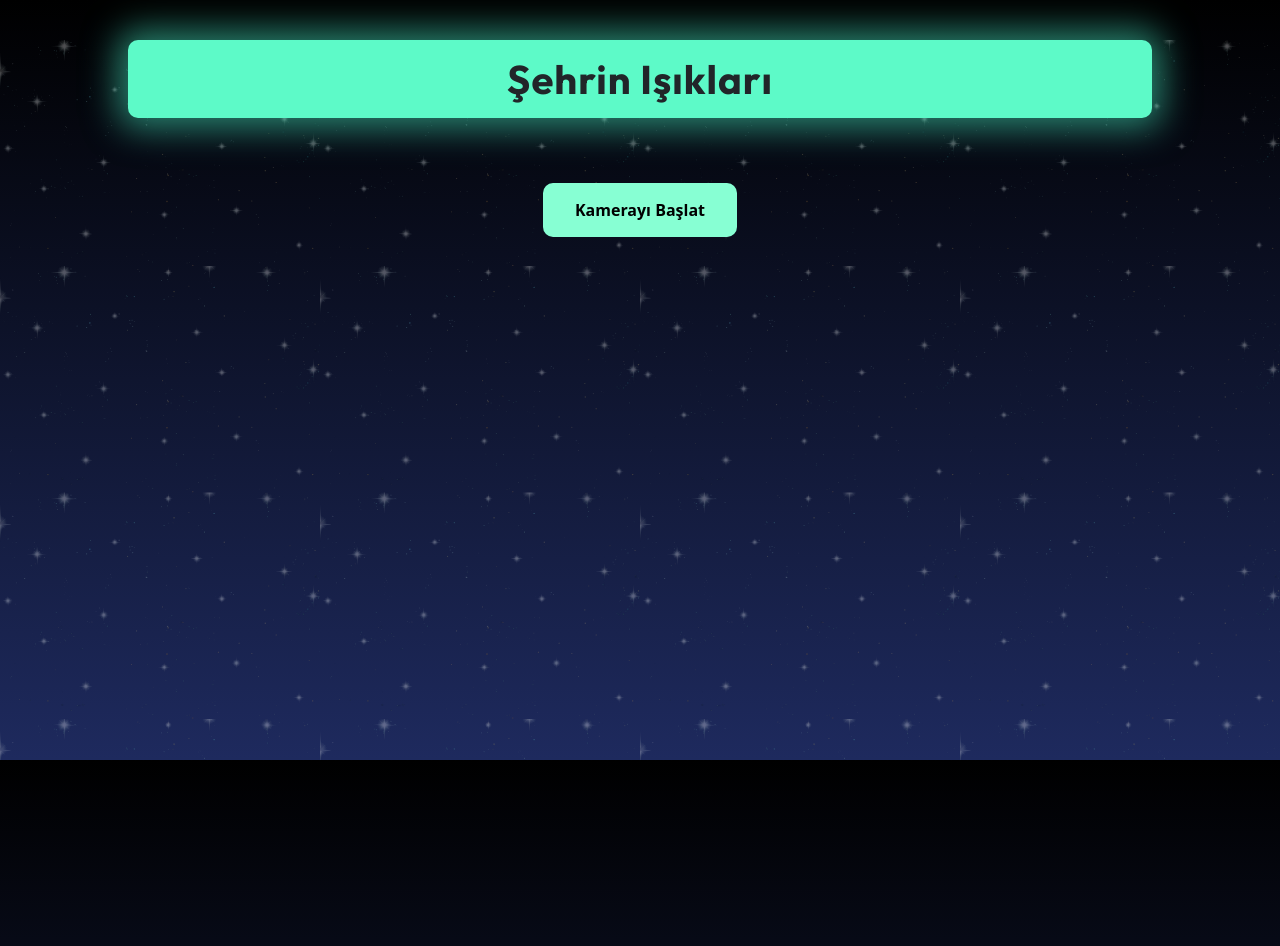
Repository: BiranOrundas/CameraQR
Page: index.html
An editor plug-in stored every save of this project. The page is shown before and after the next save, followed by the edit.
The browser window is 1280 px wide. The pictures show the whole page.

Above is the page before, as saved 2024-08-29 15:45:12.

### index.html
<!DOCTYPE html>
<html lang="tr">
<head>
    <meta charset="UTF-8">
    <title>Şehrin Işıkları</title>
<link rel="stylesheet" href="style.css">
<link href="https://cdn.jsdelivr.net/npm/bootstrap@5.3.3/dist/css/bootstrap.min.css" rel="stylesheet" integrity="sha384-QWTKZyjpPEjISv5WaRU9OFeRpok6YctnYmDr5pNlyT2bRjXh0JMhjY6hW+ALEwIH" crossorigin="anonymous">
</head>
<body class="mx-auto">
    <div id="stars">

    </div>
    <div class="header">
        <h1 class="outfit">Şehrin Işıkları</h1>
    </div>
    <div style="align-items: center; justify-content: center; text-align: center;">
    <button class="button" id="start-camera">Kamerayı Başlat</button>
</div>
    <video id="camera" autoplay playsinline></video>
    <div style="align-items: center; justify-content: center; text-align: center;">
    <button class="button" id="take-photo" >Fotoğraf Çek</button>
    </div>
    <canvas id="canvas" ></canvas>
    <div class="row mx-auto align-items-center">
          <div class="col-12 col-md-8">
    <img id="photo"  alt="Çekilen Fotoğraf">
        </div>
    <div class="col-12 col-md-4 mx-auto justify-content-center ">
        <h1 id="qrinfo">Fotografınızı QR kodu okutarak indirebilirsiniz.</h1>
    <div class="text-center mx-auto" id="qrcode"></div>
    </div>
    </div>
    <div id="qrdiv" class="mt-5 py-5" style="align-items: center; justify-content: center; text-align: center;">
    <button id="download-qr" class="button" style="display: none;">QR Kodunu İndir</button>
    <button id="try-again" class="button" style="display: none;">Yeniden Çek</button>
    </div>



    <script src="qrious.js"></script>
    <script src="script.js"></script>
</body>
</html>

### style.css
@import url('https://fonts.googleapis.com/css2?family=Outfit:wght@100..900&display=swap');



.outfit {
  font-family: "Outfit", sans-serif;
  font-optical-sizing: auto;
  font-weight: 700;
  font-style: normal;
}

#stars{
  position: absolute;
  background-image: url(stars.png);
  height: 100vh;
  width: 100vw;
  margin-left: -10%;
  object-fit: cover;
  z-index: -1;
  opacity: 0.3;
  background-repeat: repeat;
  background-size: 25%;
}

body{
    margin-left:auto ;
    margin-right:auto ;
    align-items: center;
    justify-content: center;
    max-width: 80vw !important;
    height: 100vh !important;
    /* background-image: repeating-linear-gradient(to bottom, #1E2A5E 10%, #38444d 5% ) !important; */
    background-image: linear-gradient(to bottom, rgba(0,0,0,1), rgba(30,42,94,1));
}

#camera {
    display: grid;
    visibility: hidden;
    justify-content: center;
    margin: auto;
    width: 100%;
    max-width: 1400px;
    height: 75vh;
    object-fit: cover;
    border-radius: 10px;
    box-shadow: #ffffffda 0px 0px 65px 10px;
    border: #fff 1px solid;
    border-style: dotted;
}

#photo {
    border:rgb(93, 250, 200) 1px solid;
    display: none;
    width: 50vw;
    height: 60vh;
    margin-top: 10px;
    justify-content: center;
    border-radius: 15px;
    object-fit: cover;
    box-shadow: rgba(242, 242, 242, 0.53) 0px 0px 35px 10px;
}

#qrcode {
   width: 20vw;
   height: auto;
}

#take-photo{
display: none;
}
#canvas{
display: none ;
}

.button {
    background-color: #87ffd3; /* Green */
    border: none;
    color: #000000;
    padding: 15px 32px;
    text-align: center;
    text-decoration: none;
    font-weight: 700;
    display: inline-block;
    font-size: 16px;
    border-radius: 10px;
    transition: 0.5s;
    justify-content: center;
    align-items: center;
    margin: 25px;


  }

  .button:hover{
    background-color: #005e3c; /* Green */
    cursor: pointer;
    color: #fff;
    box-shadow: #ffffff 0px 0px 15px 5px;
    transition: 0.5s;
    border: #fff 1px solid;
  }

  h1{
    justify-content: center;
    text-align: center;
    font-size: 2.5rem;
    color: rgb(255, 255, 255);
    letter-spacing: 1px;
    padding: 15px 10px;
  }

  .header{
    background-color: rgb(93, 250, 200);
    border-radius: 10px;
    width: 80vw;
    justify-content: center;
    align-items: center;
    text-align: center;
    flex-wrap: initial;
    margin-left: auto;
    margin-right: auto;
    margin-top: 40px;
    margin-bottom: 40px;
    box-shadow: rgba(74, 246, 203, 0.53) 0px 0px 35px 10px;


  }

  #qrinfo{
    color: #fff;
    text-shadow: #fff 0px 0px 15px;
    font-size: 2.5rem;
    margin-bottom: 40px;
    display: none;
  }

  @media only screen and (max-width: 680px){

    #camera {
        display: grid;
        visibility: hidden;
        justify-content: center;
        margin: auto;
        height: 60vh;
        object-fit: cover;
        border-radius: 10px;
        box-shadow: #55555588 2px 10px 35px 1px;
    }

    #photo {
        border:rgb(93, 250, 200) 1px solid;
        display: none;
        width: 75vw;
        height: 50vh;
        margin-top: 10px;
        justify-content: center;
        border-radius: 15px;
        object-fit: cover;
        box-shadow: rgba(242, 242, 242, 0.53) 0px 0px 35px 10px;
    }

    #qrcode {
        width: 50vw;
        height: auto;
     }

     #qrinfo{
        color: #fff;
        text-shadow: #fff 0px 0px 15px;
        font-size: 1.8rem;
        margin-bottom: 40px;
        margin-top: 40px;
        display: none;
      }

  }

### script.js
document.getElementById('start-camera').addEventListener('click', async function () {

    const cam = document.getElementById('start-camera');
    const video = document.getElementById('camera');
    const takePhotoButton = document.getElementById('take-photo');
    const stream = await navigator.mediaDevices.getUserMedia({ video: true });
    video.srcObject = stream;
    video.style.display = 'block';
    video.style.visibility = 'visible';
    cam.style.display = 'none';
    takePhotoButton.style.display = 'inline';
});
document.getElementById('start-camera').addEventListener('touchstart', async function () {
    const video = document.getElementById('camera');
    const takePhotoButton = document.getElementById('take-photo');
    const stream = await navigator.mediaDevices.getUserMedia({ video: true });
    video.srcObject = stream;
    video.style.display = 'block';
    video.style.visibility = 'visible';
    takePhotoButton.style.display = 'inline';
});



document.getElementById('take-photo').addEventListener('click', function () {
    const takePhoto = document.getElementById('take-photo');
    const again = document.getElementById('try-again');
    const canvas = document.getElementById('canvas');
    const video = document.getElementById('camera');
    const photo = document.getElementById('photo');
    const qrCodeDiv = document.getElementById('qrcode');
    const downloadButton = document.getElementById('download-qr');
    const qrinfo = document.getElementById('qrinfo');

    canvas.width = video.videoWidth;
    canvas.height = video.videoHeight;
    canvas.getContext('2d').drawImage(video, 0, 0);

    // Fotoğrafı göster
    const photoData = canvas.toDataURL('image/png');
    photo.src = photoData;

    // Fotoğrafı sunucuya yükle
    fetch('upload.php', {
        method: 'POST',
        headers: {
            'Content-Type': 'application/x-www-form-urlencoded'
        },
        body: 'photo=' + encodeURIComponent(photoData)
    })
    .then(response => response.text()) // JSON yerine text olarak yanıtı alın
    .then(text => {
        console.log("Gelen yanıt:", text); // Konsola dönen yanıtı yazdır
        try {
            const data = JSON.parse(text); // Yanıtı JSON'a çevir
            if (data.url) {
                // Fotoğrafın URL'sini kullanarak QR kodu oluştur
                const qr = new QRious({
                    value: window.location.origin + '/' + data.url,
                    size: 250
                });
                qrCodeDiv.innerHTML = ''; // QR kod div'ini temizle
                qrCodeDiv.appendChild(qr.canvas); // QR kodunu ekle
                downloadButton.style.display = 'inline'; // İndir butonunu göster
                again.style.display = 'inline'; // İndir butonunu göster

                // QR kodunu indir
                downloadButton.onclick = function () {
                    const link = document.createElement('a');
                    link.href = qr.toDataURL('image/png');
                    link.download = 'qr-code.png';
                    link.click();
                };
            } else {
                alert("Fotoğraf yüklenemedi. Hata: " + data.error);
            }
        } catch (error) {
            console.error("JSON çözümleme hatası:", error); // JSON hatasını göster
        }
    })
    .catch(error => {
        console.error("Fetch hatası:", error);
    });
    takePhoto.style.display = "none"
    photo.style.display = "block";
    video.style.display = "none";
    qrinfo.style.display = "block"

    document.getElementById('try-again').addEventListener('click', async function () {
        const video = document.getElementById('camera');
        const takePhotoButton = document.getElementById('take-photo');
        const stream = await navigator.mediaDevices.getUserMedia({ video: true });
        video.srcObject = stream;
        video.style.display = 'block';
        video.style.visibility = 'visible';
        takePhotoButton.style.display = 'inline';

        if(photo.style.display == "block"){
            photo.style.display = "none"
            downloadButton.style.display = 'none'; // İndir butonunu göster
            again.style.display = 'none'; // İndir butonunu göster
            qrinfo.style.display = "none"
            qrCodeDiv.innerHTML = '';

        } else{
            console.log("fotograf belleği temizlendi.")
        }

    });
});

Loaded but not shown: qrious.js (606 lines, source omitted)

After the next save:
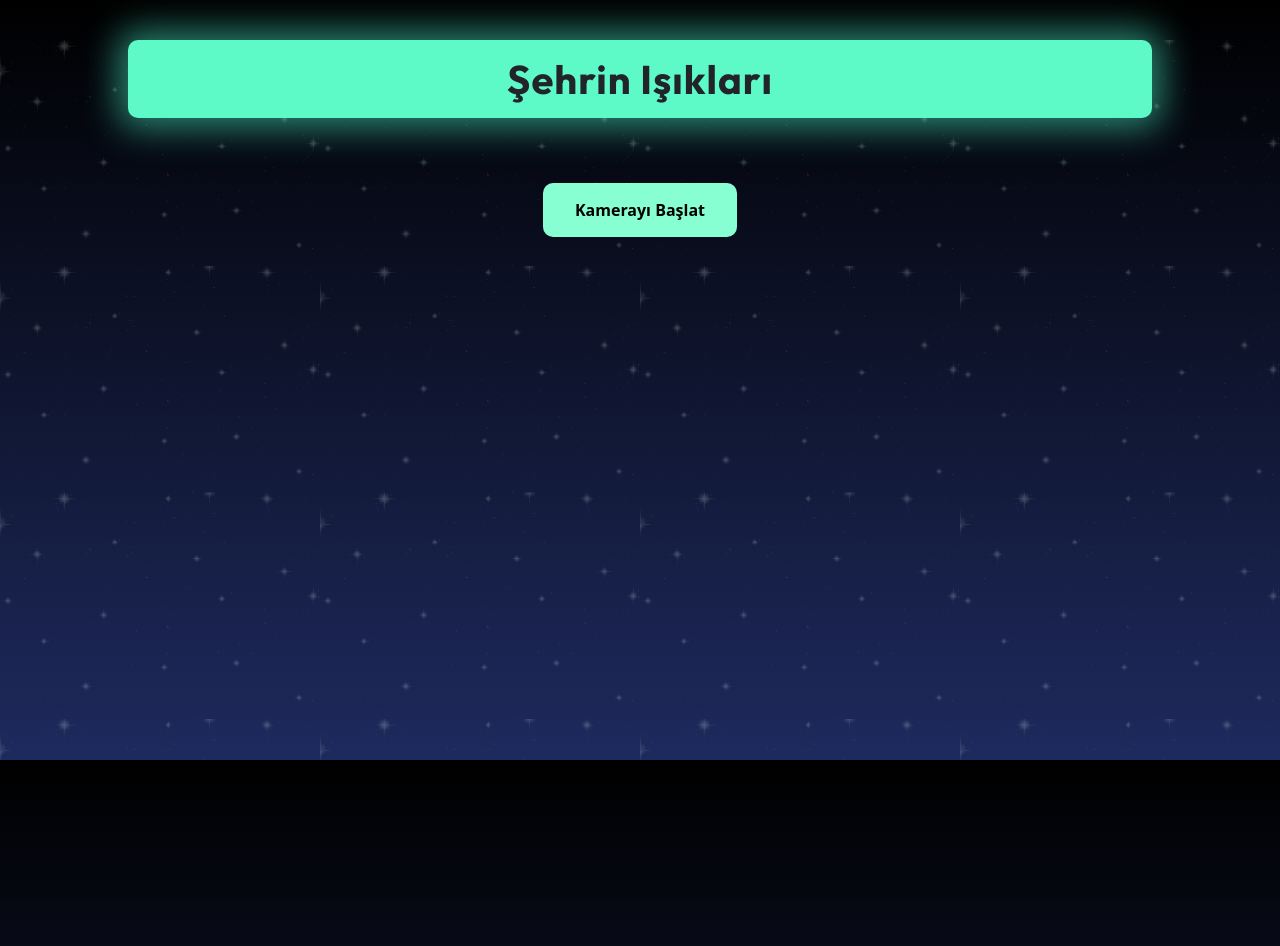
Saved 17 s later.
--- a/style.css
+++ b/style.css
@@ -17,7 +17,7 @@
   margin-left: -10%;
   object-fit: cover;
   z-index: -1;
-  opacity: 0.3;
+  opacity: 0.2;
   background-repeat: repeat;
   background-size: 25%;
 }
